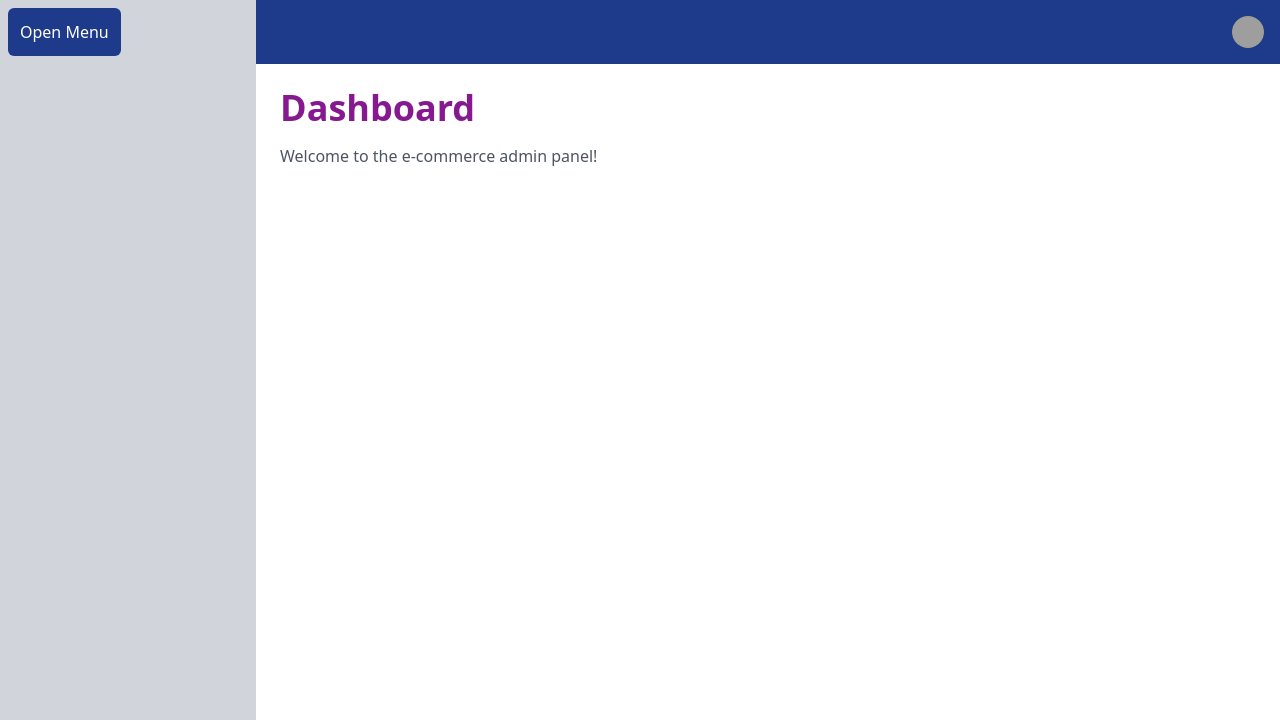
Repository: alizey12/POS-React-website
Page: /dashboard
These files come from the project's save history. The page is drawn as it stood at one moment and after the next save; the edit follows.
The browser window is 1280 px wide. The pictures show the whole page.
Pictures or frames that could not be fetched are drawn as grey boxes. The project was rebuilt for these pictures with package versions that can differ from the ones it lists, and the page was loaded fresh each time. Also part of the build but not shown: vite.config.js, src/login.jsx.

Above is the page before, as saved 2024-12-31 16:04:15.

### src/App.jsx
import { BrowserRouter as Router, Routes, Route } from 'react-router-dom';
import LoginPage from "./login"
import Dashboard from './Dashboard';

function App() {
  return (
    <Router>
      <Routes>
        <Route path="/" element={<LoginPage />} />
        <Route path="/dashboard" element={<Dashboard />} />
      </Routes>
    </Router>
  );
}

export default App;

### src/Dashboard.jsx
// import { useState } from 'react';
import Navbar from './navbar';
import Sidebar from './sidebar';

const Dashboard = () => {
  // const [isSidebarOpen, setIsSidebarOpen] = useState(true);

  // const toggleSidebar = () => {
  //   setIsSidebarOpen(!isSidebarOpen);
  // };

  return (
    <div className="h-screen  flex overflow-hidden">
      {/* Sidebar Section */}
      <div
        className={`bg-gray-300 transition-all duration-300 ${
          // isSidebarOpen ?
          'w-64'
        }`}
      >
        <Sidebar />
      </div>

      {/* Main Content Section */}
      <div className="flex-1 flex flex-col">
        <Navbar />
        <div className="p-6">
          <h1 className="text-4xl font-bold text-fuchsia-800">Dashboard</h1>
          <p className="mt-4 text-gray-600">Welcome to the e-commerce admin panel!</p>
        </div>
      </div>
    </div>
  );
};

export default Dashboard;

### src/navbar.jsx


const navbar = () => {
  return (
    <div>


<nav className="bg-blue-900 border-gray-900 dark:bg-gray-900 ">
  <div className="max-w-screen-xl flex flex-wrap items-center justify-between mx-auto p-4">


      <span className="self-center text-2xl font-semibold whitespace-nowrap text-white dark:text-white"></span>
  <div className="flex items-center md:order-2 space-x-3 md:space-x-0 rtl:space-x-reverse">
      <button type="button" className="flex text-sm bg-gray-800 rounded-full md:me-0 focus:ring-4 focus:ring-gray-300 dark:focus:ring-gray-600" id="user-menu-button" aria-expanded="false" data-dropdown-toggle="user-dropdown" data-dropdown-placement="bottom">
        <span className="sr-only">Open user menu</span>
        <img className="w-8 h-8 rounded-full" src="/docs/images/people/profile-picture-3.jpg" alt="user photo"/>
      </button>

      <div className="z-50 hidden my-4 text-base list-none bg-white divide-y divide-gray-100 rounded-lg shadow dark:bg-gray-700 dark:divide-gray-600" id="user-dropdown">
        <div className="px-4 py-3">
          <span className="block text-sm text-gray-900 dark:text-white">Bonnie Green</span>
          <span className="block text-sm  text-gray-500 truncate dark:text-gray-400">name@flowbite.com</span>
        </div>
        <ul className="py-2" aria-labelledby="user-menu-button">
          <li>
            <a href="#" className="block px-4 py-2 text-sm text-gray-700 hover:bg-gray-100 dark:hover:bg-gray-600 dark:text-gray-200 dark:hover:text-white">Dashboard</a>
          </li>
          <li>
            <a href="#" className="block px-4 py-2 text-sm text-gray-700 hover:bg-gray-100 dark:hover:bg-gray-600 dark:text-gray-200 dark:hover:text-white">Settings</a>
          </li>
          <li>
            <a href="#" className="block px-4 py-2 text-sm text-gray-700 hover:bg-gray-100 dark:hover:bg-gray-600 dark:text-gray-200 dark:hover:text-white">Earnings</a>
          </li>
          <li>
            <a href="#" className="block px-4 py-2 text-sm text-gray-700 hover:bg-gray-100 dark:hover:bg-gray-600 dark:text-gray-200 dark:hover:text-white">Sign out</a>
          </li>
        </ul>
      </div>
      <button data-collapse-toggle="navbar-user" type="button" className="inline-flex items-center p-2 w-10 h-10 justify-center text-sm text-gray-500 rounded-lg md:hidden hover:bg-gray-100 focus:outline-none focus:ring-2 focus:ring-gray-200 dark:text-gray-400 dark:hover:bg-gray-700 dark:focus:ring-gray-600" aria-controls="navbar-user" aria-expanded="false">
        <span className="sr-only">Open main menu</span>
        <svg className="w-5 h-5" aria-hidden="true" xmlns="http://www.w3.org/2000/svg" fill="none" viewBox="0 0 17 14">
            <path stroke="currentColor" strokeLinecap="round" strokeLinejoin="round" strokeWidth="2" d="M1 1h15M1 7h15M1 13h15"/>
        </svg>
    </button>
  </div>

  </div>
</nav>

    </div>
  )
}

export default navbar

### src/sidebar.jsx
import { useState } from 'react';
import { CgCloseO } from "react-icons/cg";
const Sidebar = () => {
  const [isOpen, setIsOpen] = useState(false);
  const [isSubMenuOpen, setIsSubMenuOpen] = useState(false);
  const toggleSidebar = () => setIsOpen(!isOpen);
  const toggleSubMenu = () => setIsSubMenuOpen(!isSubMenuOpen);

  return (
    <div className="flex">
      <button
        onClick={toggleSidebar}
        className="p-3 m-2 bg-blue-900 text-white rounded-md focus:outline-none"
      >
        {isOpen ? 'Close Menu' : 'Open Menu'}
      </button>

      <aside
        className={`fixed top-0 left-0 w-64 h-screen bg-gray-800 text-white transform ${
          isOpen ? 'translate-x-0' : '-translate-x-full'
        } transition-transform duration-300`}
      >
        <div className="p-4">
        <div className="flex items-center justify-between">
            <h2 className="text-2xl font-bold">Dashboard</h2>
            <CgCloseO
              onClick={toggleSidebar}
              className="w-6 h-6 cursor-pointer hover:text-red-500"
            />
          </div>
          <ul className="mt-4">
            <li className="p-2 hover:bg-gray-700 rounded-md cursor-pointer">Home</li>
            <li className="p-2 hover:bg-gray-700 rounded-md cursor-pointer">Profile</li>
            <li>
              <button
                onClick={toggleSubMenu}
                className="flex justify-between w-full p-2 hover:bg-gray-700 rounded-md"
              >
                E-commerce
                <span>{isSubMenuOpen ? '▲' : '▼'}</span>
              </button>
              <ul className={`pl-6 mt-2 ${isSubMenuOpen ? 'block' : 'hidden'}`}>
                <li className="p-2 hover:bg-gray-700 rounded-md cursor-pointer">Products</li>
                <li className="p-2 hover:bg-gray-700 rounded-md cursor-pointer">Orders</li>
                <li className="p-2 hover:bg-gray-700 rounded-md cursor-pointer">Invoices</li>
              </ul>
            </li>
            <li className="p-2 hover:bg-gray-700 rounded-md cursor-pointer">Settings</li>
          </ul>
        </div>
      </aside>
    </div>
  );
};

export default Sidebar;

Loaded but not shown: index.html (common file); src/main.jsx (common file); src/index.css (common file); tailwind.config.js (common file)

After the next save:
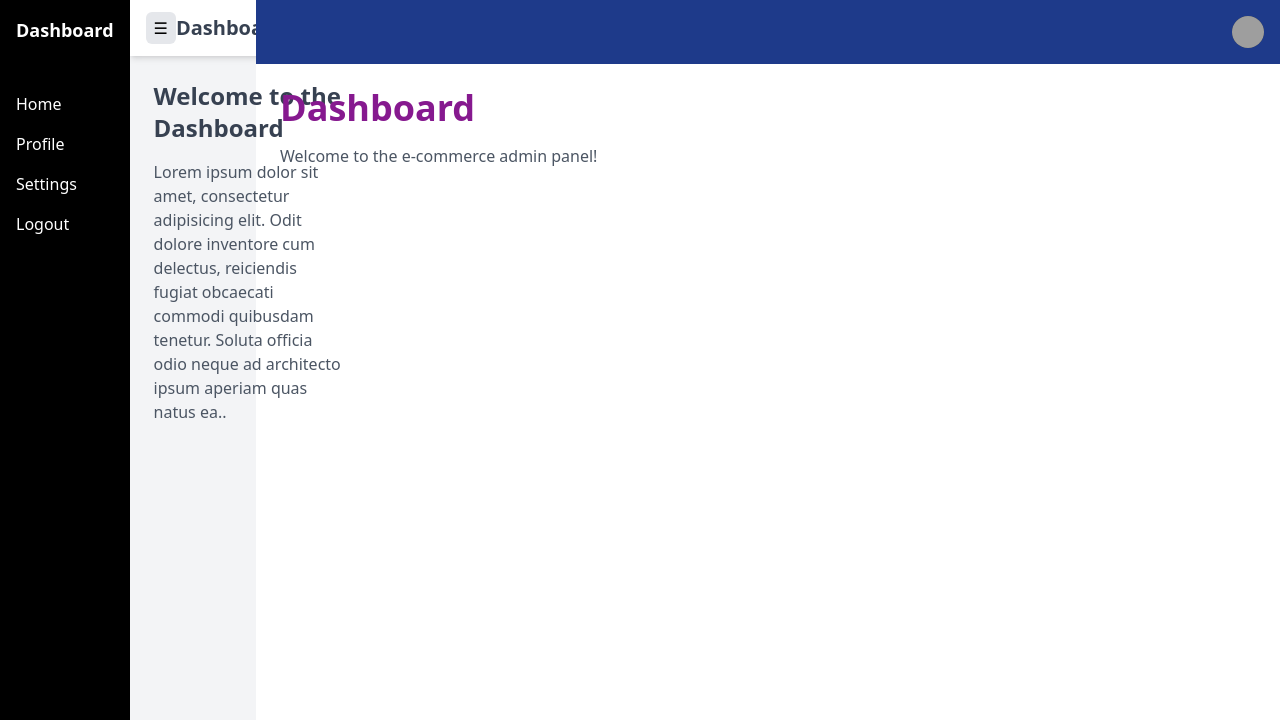
Saved 2 min 56 s later.
--- a/src/sidebar.jsx
+++ b/src/sidebar.jsx
@@ -1,56 +1,72 @@
-import { useState } from 'react';
-import { CgCloseO } from "react-icons/cg";
-const Sidebar = () => {
-  const [isOpen, setIsOpen] = useState(false);
-  const [isSubMenuOpen, setIsSubMenuOpen] = useState(false);
-  const toggleSidebar = () => setIsOpen(!isOpen);
-  const toggleSubMenu = () => setIsSubMenuOpen(!isSubMenuOpen);
+import { useState } from "react";
+
+const Dashboard = () => {
+  const [isSidebarOpen, setIsSidebarOpen] = useState(true);
+
+  const toggleSidebar = () => {
+    setIsSidebarOpen(!isSidebarOpen);
+  };
 
   return (
-    <div className="flex">
-      <button
-        onClick={toggleSidebar}
-        className="p-3 m-2 bg-blue-900 text-white rounded-md focus:outline-none"
-      >
-        {isOpen ? 'Close Menu' : 'Open Menu'}
-      </button>
-
-      <aside
-        className={`fixed top-0 left-0 w-64 h-screen bg-gray-800 text-white transform ${
-          isOpen ? 'translate-x-0' : '-translate-x-full'
-        } transition-transform duration-300`}
+    <div className="flex h-screen bg-gray-100">
+      {/* Sidebar */}
+      <div
+        className={`${
+          isSidebarOpen ? "w-64" : "w-16"
+        } bg-black text-white transition-all duration-300`}
       >
         <div className="p-4">
-        <div className="flex items-center justify-between">
-            <h2 className="text-2xl font-bold">Dashboard</h2>
-            <CgCloseO
-              onClick={toggleSidebar}
-              className="w-6 h-6 cursor-pointer hover:text-red-500"
+          <h2 className="text-lg font-bold text-center">
+            {isSidebarOpen ? "Dashboard" : "D"}
+          </h2>
+        </div>
+        <ul className="mt-6">
+          <li className="px-4 py-2 hover:bg-gray-800 cursor-pointer border-white">
+            {isSidebarOpen ? "Home" : "H"}
+          </li>
+          <li className="px-4 py-2 hover:bg-gray-800 cursor-pointer">
+            {isSidebarOpen ? "Profile" : "P"}
+          </li>
+          <li className="px-4 py-2 hover:bg-gray-800 cursor-pointer">
+            {isSidebarOpen ? "Settings" : "S"}
+          </li>
+          <li className="px-4 py-2 hover:bg-gray-800 cursor-pointer">
+            {isSidebarOpen ? "Logout" : "L"}
+          </li>
+        </ul>
+      </div>
+
+      {/* Main Content */}
+      <div className="flex flex-col flex-1">
+        {/* Menu Bar */}
+        <div className="flex justify-between items-center bg-white shadow-md px-4 py-2">
+          <button
+            onClick={toggleSidebar}
+            className="text-black bg-gray-200 px-2 py-1 rounded-md hover:bg-gray-300 focus:outline-none"
+          >
+            ☰
+          </button>
+          <h1 className="text-xl font-bold text-gray-700">Dashboard</h1>
+          <div className="flex items-center space-x-4">
+            <span className="text-gray-700">Admin</span>
+            <img
+              src="https://via.placeholder.com/40"
+              alt="Profile"
+              className="w-10 h-10 rounded-full"
             />
           </div>
-          <ul className="mt-4">
-            <li className="p-2 hover:bg-gray-700 rounded-md cursor-pointer">Home</li>
-            <li className="p-2 hover:bg-gray-700 rounded-md cursor-pointer">Profile</li>
-            <li>
-              <button
-                onClick={toggleSubMenu}
-                className="flex justify-between w-full p-2 hover:bg-gray-700 rounded-md"
-              >
-                E-commerce
-                <span>{isSubMenuOpen ? '▲' : '▼'}</span>
-              </button>
-              <ul className={`pl-6 mt-2 ${isSubMenuOpen ? 'block' : 'hidden'}`}>
-                <li className="p-2 hover:bg-gray-700 rounded-md cursor-pointer">Products</li>
-                <li className="p-2 hover:bg-gray-700 rounded-md cursor-pointer">Orders</li>
-                <li className="p-2 hover:bg-gray-700 rounded-md cursor-pointer">Invoices</li>
-              </ul>
-            </li>
-            <li className="p-2 hover:bg-gray-700 rounded-md cursor-pointer">Settings</li>
-          </ul>
         </div>
-      </aside>
+
+        {/* Content Area */}
+        <div className="flex-1 p-6">
+          <h2 className="text-2xl font-semibold text-gray-700">Welcome to the Dashboard</h2>
+          <p className="mt-4 text-gray-600">
+            Lorem ipsum dolor sit amet, consectetur adipisicing elit. Odit dolore inventore cum delectus, reiciendis fugiat obcaecati commodi quibusdam tenetur. Soluta officia odio neque ad architecto ipsum aperiam quas natus ea..
+          </p>
+        </div>
+      </div>
     </div>
   );
 };
 
-export default Sidebar;
+export default Dashboard;

After the save that followed:
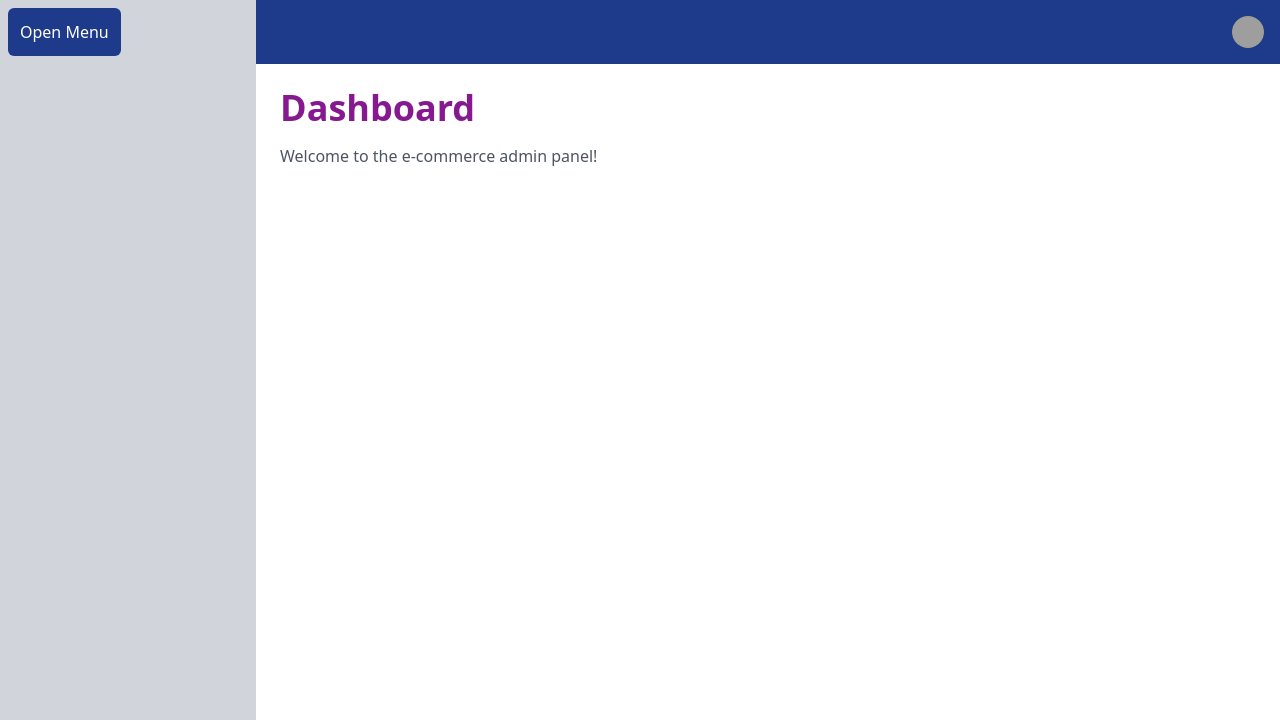
Saved 13 s later.
--- a/src/sidebar.jsx
+++ b/src/sidebar.jsx
@@ -1,72 +1,56 @@
-import { useState } from "react";
-
-const Dashboard = () => {
-  const [isSidebarOpen, setIsSidebarOpen] = useState(true);
-
-  const toggleSidebar = () => {
-    setIsSidebarOpen(!isSidebarOpen);
-  };
+import { useState } from 'react';
+import { CgCloseO } from "react-icons/cg";
+const Sidebar = () => {
+  const [isOpen, setIsOpen] = useState(false);
+  const [isSubMenuOpen, setIsSubMenuOpen] = useState(false);
+  const toggleSidebar = () => setIsOpen(!isOpen);
+  const toggleSubMenu = () => setIsSubMenuOpen(!isSubMenuOpen);
 
   return (
-    <div className="flex h-screen bg-gray-100">
-      {/* Sidebar */}
-      <div
-        className={`${
-          isSidebarOpen ? "w-64" : "w-16"
-        } bg-black text-white transition-all duration-300`}
+    <div className="flex">
+      <button
+        onClick={toggleSidebar}
+        className="p-3 m-2 bg-blue-900 text-white rounded-md focus:outline-none"
+      >
+        {isOpen ? 'Close Menu' : 'Open Menu'}
+      </button>
+
+      <aside
+        className={`fixed top-0 left-0 w-64 h-screen bg-gray-800 text-white transform ${
+          isOpen ? 'translate-x-0' : '-translate-x-full'
+        } transition-transform duration-300`}
       >
         <div className="p-4">
-          <h2 className="text-lg font-bold text-center">
-            {isSidebarOpen ? "Dashboard" : "D"}
-          </h2>
-        </div>
-        <ul className="mt-6">
-          <li className="px-4 py-2 hover:bg-gray-800 cursor-pointer border-white">
-            {isSidebarOpen ? "Home" : "H"}
-          </li>
-          <li className="px-4 py-2 hover:bg-gray-800 cursor-pointer">
-            {isSidebarOpen ? "Profile" : "P"}
-          </li>
-          <li className="px-4 py-2 hover:bg-gray-800 cursor-pointer">
-            {isSidebarOpen ? "Settings" : "S"}
-          </li>
-          <li className="px-4 py-2 hover:bg-gray-800 cursor-pointer">
-            {isSidebarOpen ? "Logout" : "L"}
-          </li>
-        </ul>
-      </div>
-
-      {/* Main Content */}
-      <div className="flex flex-col flex-1">
-        {/* Menu Bar */}
-        <div className="flex justify-between items-center bg-white shadow-md px-4 py-2">
-          <button
-            onClick={toggleSidebar}
-            className="text-black bg-gray-200 px-2 py-1 rounded-md hover:bg-gray-300 focus:outline-none"
-          >
-            ☰
-          </button>
-          <h1 className="text-xl font-bold text-gray-700">Dashboard</h1>
-          <div className="flex items-center space-x-4">
-            <span className="text-gray-700">Admin</span>
-            <img
-              src="https://via.placeholder.com/40"
-              alt="Profile"
-              className="w-10 h-10 rounded-full"
+        <div className="flex items-center justify-between">
+            <h2 className="text-2xl font-bold">Dashboard</h2>
+            <CgCloseO
+              onClick={toggleSidebar}
+              className="w-6 h-6 cursor-pointer hover:text-red-500"
             />
           </div>
+          <ul className="mt-4">
+            <li className="p-2 hover:bg-gray-700 rounded-md cursor-pointer">Home</li>
+            <li className="p-2 hover:bg-gray-700 rounded-md cursor-pointer">Profile</li>
+            <li>
+              <button
+                onClick={toggleSubMenu}
+                className="flex justify-between w-full p-2 hover:bg-gray-700 rounded-md"
+              >
+                E-commerce
+                <span>{isSubMenuOpen ? '▲' : '▼'}</span>
+              </button>
+              <ul className={`pl-6 mt-2 ${isSubMenuOpen ? 'block' : 'hidden'}`}>
+                <li className="p-2 hover:bg-gray-700 rounded-md cursor-pointer">Products</li>
+                <li className="p-2 hover:bg-gray-700 rounded-md cursor-pointer">Orders</li>
+                <li className="p-2 hover:bg-gray-700 rounded-md cursor-pointer">Invoices</li>
+              </ul>
+            </li>
+            <li className="p-2 hover:bg-gray-700 rounded-md cursor-pointer">Settings</li>
+          </ul>
         </div>
-
-        {/* Content Area */}
-        <div className="flex-1 p-6">
-          <h2 className="text-2xl font-semibold text-gray-700">Welcome to the Dashboard</h2>
-          <p className="mt-4 text-gray-600">
-            Lorem ipsum dolor sit amet, consectetur adipisicing elit. Odit dolore inventore cum delectus, reiciendis fugiat obcaecati commodi quibusdam tenetur. Soluta officia odio neque ad architecto ipsum aperiam quas natus ea..
-          </p>
-        </div>
-      </div>
+      </aside>
     </div>
   );
 };
 
-export default Dashboard;
+export default Sidebar;
